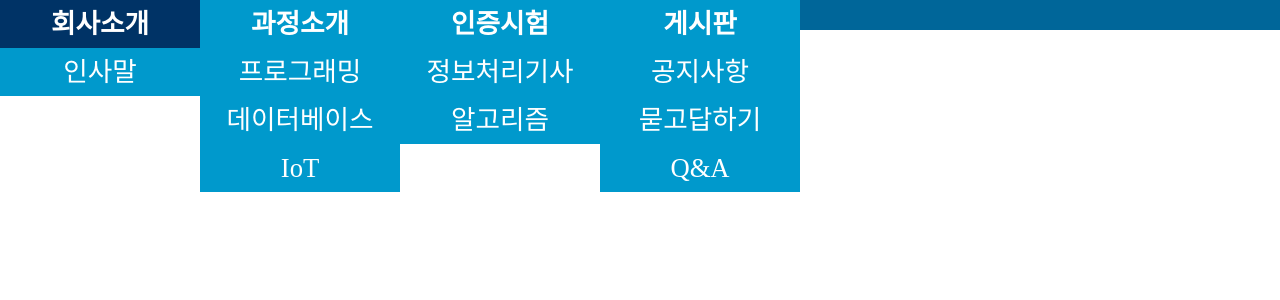
Repository: gyetol/web
Page: 4_11_web/CSS/WebContent/index.html
The author's editor kept a copy of each file at every save. The page is drawn from the files as they stood at one save, then again after the next save.
The browser window is 1280 px wide. The pictures show the whole page.

Above is the page before, as saved 2020-04-11 08:33:44.

After the next save:
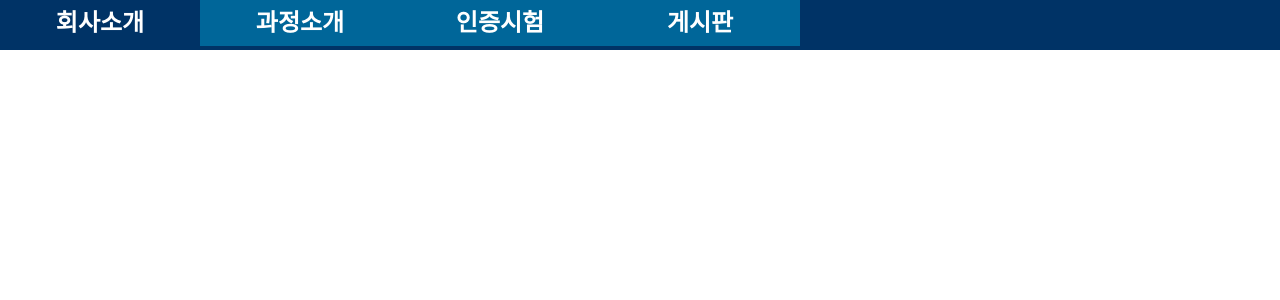
Saved 6 min 48 s later.
--- a/4_11_web/CSS/WebContent/css/style.css
+++ b/4_11_web/CSS/WebContent/css/style.css
@@ -1,27 +1,24 @@
-body{
+body,ul,li{
 	margin:0;
 	padding:0;
-
 }
-
-ul,li{list-style:none; margin:0; padding:0;}
-ul{height:30px; background-color:#006699; }
 ul::before, ul::after{
 	content:'';
 	display:block;
 	clear:both;
 }
-
-ul>li{
+li{list-style:none;}
+body>ul{height:50px; background-color:#003366; }
+body>ul>li{
+	float:left;
 	width:200px;
-	float:left;
-	background-color:#0099cc;
-	height:48px;
-	line-height:48px;
+	height:46px;
+	line-height:46px;
+	font-size:18pt;
+	font-weight:bold;
+	background-color:#006699;
+	color:white;
 	text-align:center;
-	font-size:20pt;
-	font-weight:bold;
-	color:white;
 }
 
 ul>li>ul>li{
